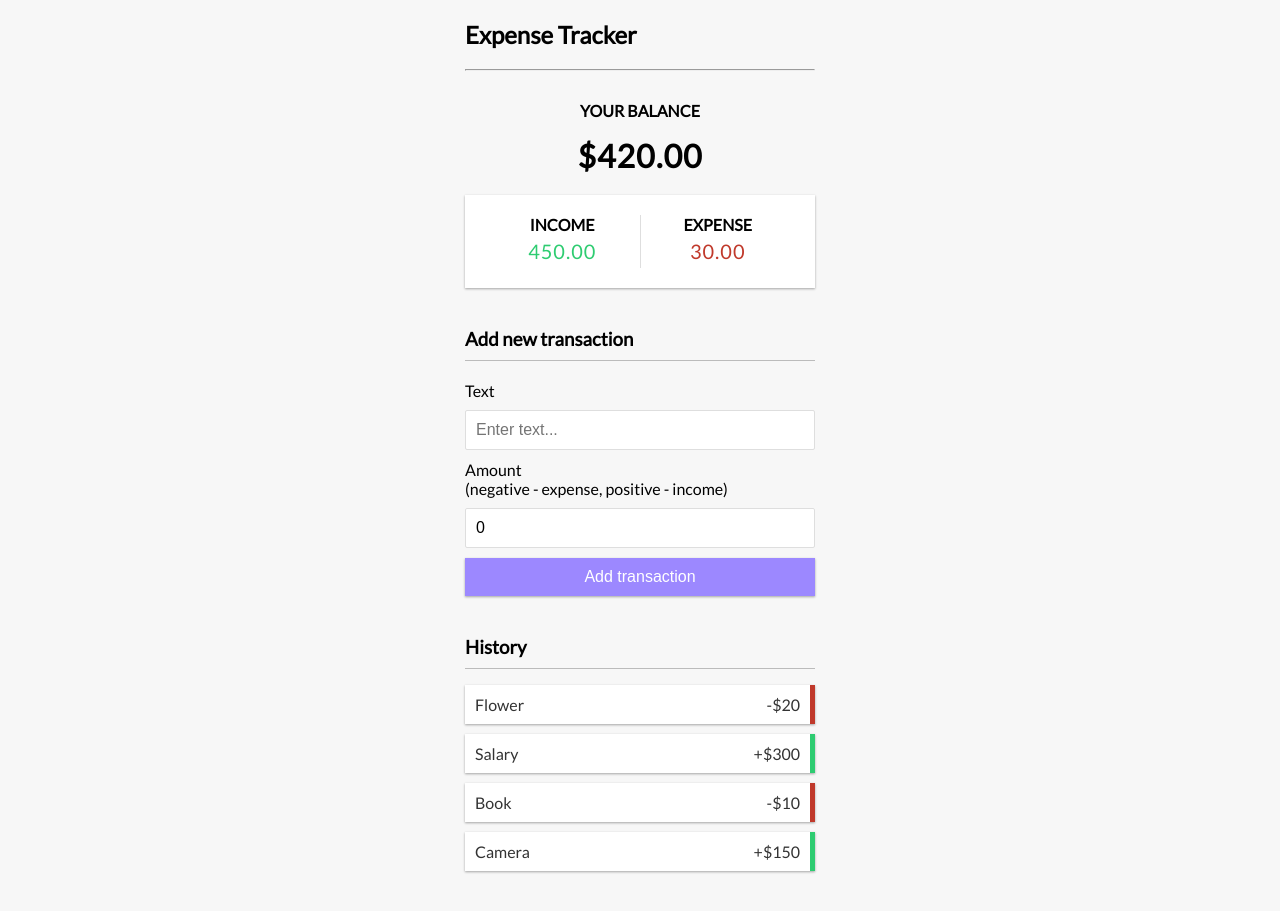
Repository: halilgoksu/js-react-expence-tracker
Page: /
The author's editor kept a copy of each file at every save. The page is drawn from the files as they stood at one save, then again after a run of saves.
The browser window is 1280 px wide. The pictures show the whole page.
The project was rebuilt for these pictures with package versions that can differ from the ones it lists, and the page was loaded fresh each time.

Above is the page before, as saved 2023-01-02 14:07:16.

After the next 2 saves:
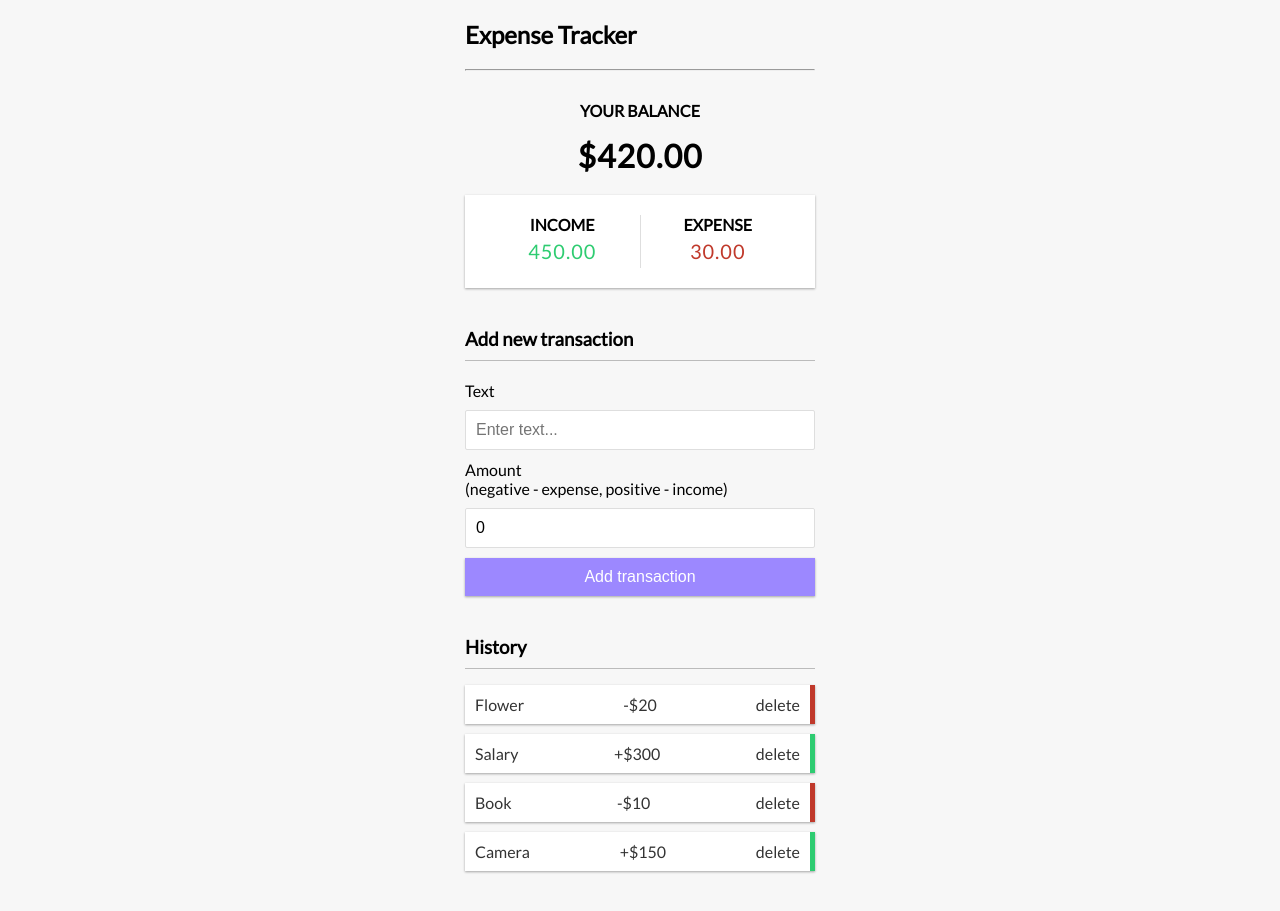
The 2 saves are shown as one change because they came seconds apart.
The last was saved 106 s later.
--- a/src/components/Transaction.js
+++ b/src/components/Transaction.js
@@ -25,6 +25,7 @@ export const  Transaction = ({ transaction }) => {
       >
         x
       </button>
+      delete
     </li>
   );
 };
